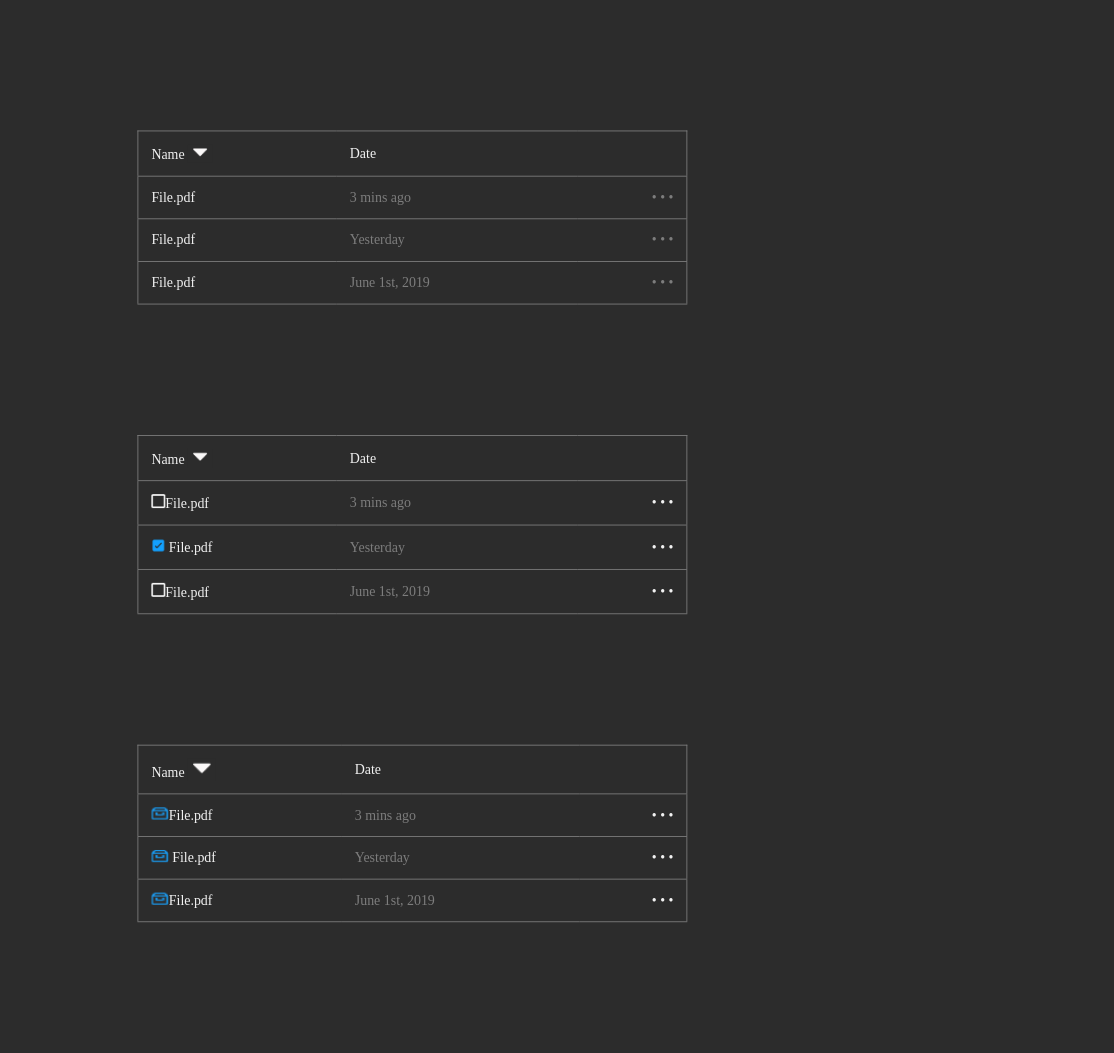
Repository: batonAnton/Hw5-table
Page: index.html
These files come from the project's save history. The page is drawn as it stood at one moment and after the next save; the edit follows.
The browser window is 1280 px wide. The pictures show the whole page, at 87% of full size.

Above is the page before, as saved 2022-06-14 11:32:31.

After the next save:
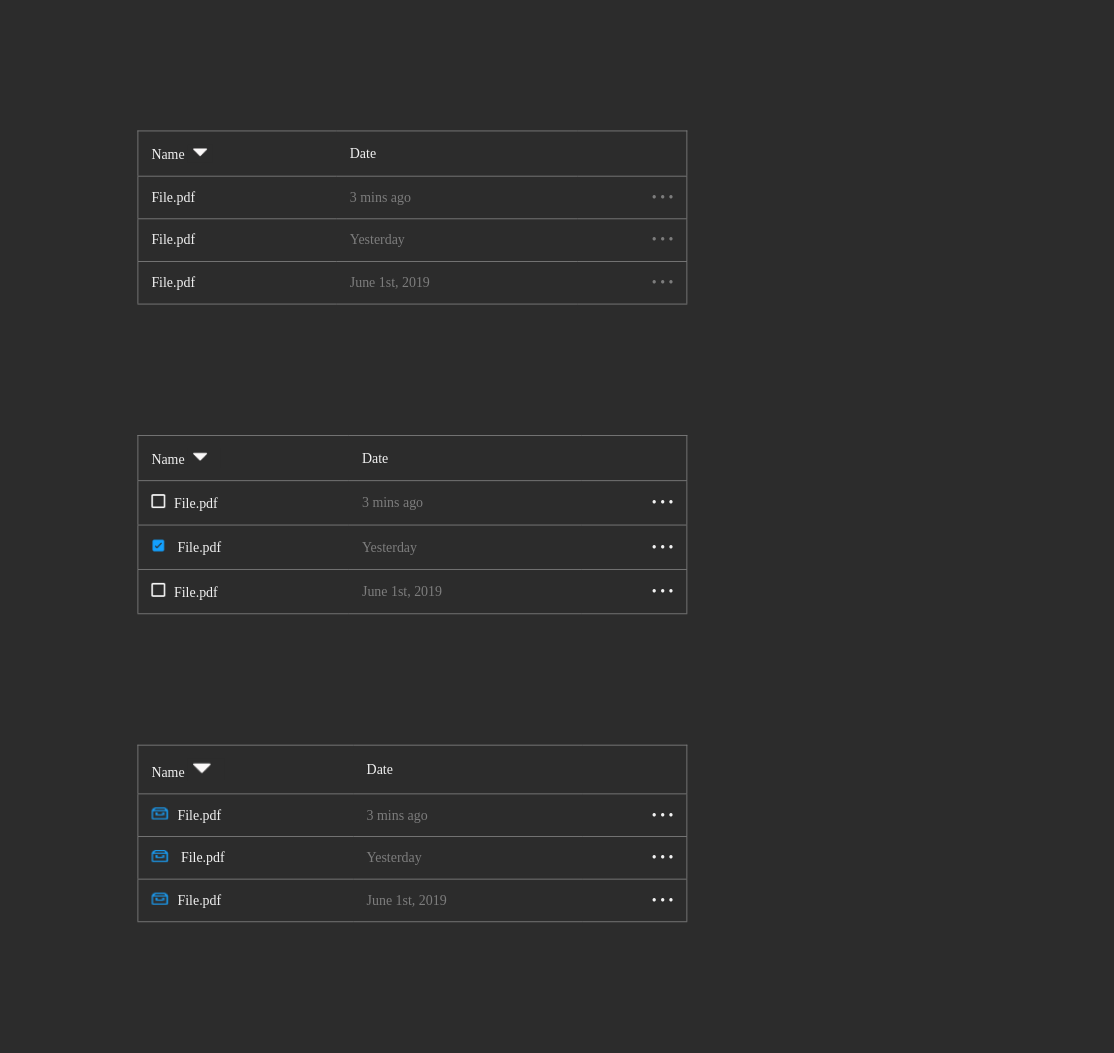
Saved 5 min 2 s later.
--- a/css/style.css
+++ b/css/style.css
@@ -33,7 +33,10 @@ button {
   color: rgb(242, 242, 242);
 }
 
-.table img {
+.table2 img {
+  margin-right: 10px;
+}
+.table3 img {
   margin-right: 10px;
 }
 
